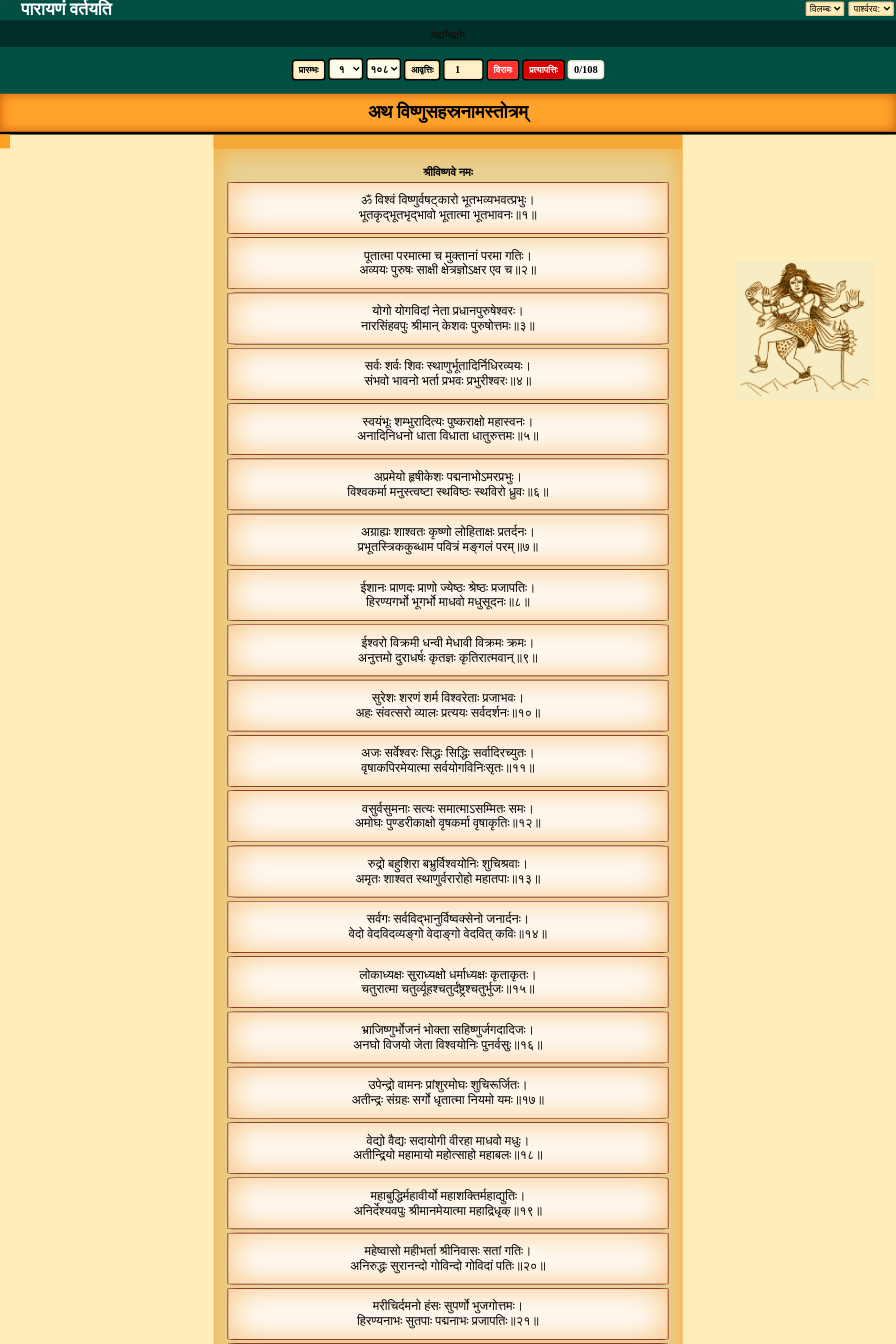
Repository: arshavak/vishnu-sahasranam
Page: index.html
An editor plug-in stored every save of this project. The page is shown before and after the next save, followed by the edit.
The browser window is 1280 px wide. The pictures show the part of the page from y = 0 to 1920 px (the page is 8849 px tall before and 8831 px after), at 70% of full size.

Above is the page before, as saved 2024-12-30 13:38:01.
Not found: scripts/sanskrittime.js

### index.html
<!DOCTYPE html>
<html>
<head>
<meta charset="UTF-8">
  <link rel="icon" type="image/png" href="style/backgrounds/23.png">
<title>विष्णुसहस्रनामस्तोत्रम्</title>
<meta name="viewport" content="width=device-width, initial-scale=1.0">
<link rel="stylesheet" type="text/css" href="style/style.css"/>
<!-- <link rel="stylesheet" type="text/css" href="style/themes.css"/> -->
</head>
<body class="body">
  <div class="player">
    <div class="Time">
      <span class="main-header">पारायणं वर्तयति</span>
      <div class="clock">
        <span id="ghanta" class="time-span"></span>
        <span id="minat" class="time-span"></span>
      </div>

      <select id="number" class="bgsound setting"></select>
      <select class="timeOut setting">
        <option value="">विलम्बः</option>
        <option value="2">2s</option>
        <option value="3">3s</option>
        <option value="5">5s</option>
        <option value="10">10s</option>
      </select>
  </div>
    <div class="topnavbar">
      hgjhgjh
    </div>
      <input name="play_button" class="psuGrup play" type="button" value="प्रारम्भः"/>
      <select  id="selector1" class="From selector FromAndTo"></select>
      <select  id="selector2" class="To selector FromAndTo"></select>
      <input name="toggle_btn" type="checkbox" id="check"/>
      <input id="loop" class="loop" type="button" value="आवृत्तिः"/>
      <input id="repeat" value="1" max="99" min="1" type="number"/>
      <input style="display: none;" id="speed" value=".9" max="4" min=".5" step="0.1" type="number"/>
      <input name="stop_button" class="psuGrup stop" type="button" value="विरामः"/>
      <input class="reset psuGrup" type="button" value="प्रत्यापत्तिः"/>
      <input id="suchna" type="button" class="psuGrup suchna"/>
      <div class="heading">अथ विष्णुसहस्रनामस्तोत्रम्</div>
      <div class="progress-container">
        <div class="progress-bar" id="myBar"></div>
      </div>
    </div>
      <div id="imageRight">
        <image class="image" src="style/backgrounds/0.png" width="200px" height="200px"></image>
      </div>
      <!-- <div id="imageLeft">
        <image class="image" src="style/backgrounds/0.png" width="200px" height="200px"></image>
      </div> -->
      <div class="timeStamp"></div>
      <div class="container"></div>
    <script type="text/javascript" src="scripts/visnusahastranamScript.js"></script>
    <script type="text/javascript" src="scripts/MainScript.js"></script>
    <script type="text/javascript" src="scripts/sanskrittime.js"></script>
  </body>

</html>

### style/style.css
/* Styles for the player container */
*{
margin:0px;
padding: 0px;
text-align: center;
/*background-color: #f8ecc2;*/
font-family:gargi;
}
html{
  scroll-behavior: smooth;
}
::-webkit-scrollbar{
  display: none;
}
body {
  /* background-image: url("backgrounds/jharna.jpg");
  background-repeat:no-repeat;
  background-size:cover;
  background-attachment:fixed; */
  scrollbar-width: none;
  -ms-overflow-style: none;
/* background-color: #e8d295; */
  background-color:#ffeeba
  ;
  /* border: 4px solid #000; */
}

/* #myVideo {
  position: fixed;
  right: 0;
  bottom: 0;
  min-width: 100%;
  min-height: 100%;
  z-index: 1;
} */

.heading{
  padding-bottom: 12px;
  padding-top: 12px;
  margin-top: 15px;
  background-color:#ffa32b;
  /* background-image: url("backgrounds/R.jpg");*/
  /* background-repeat:no-repeat;
  background-size:cover;
  background-attachment: fixed; */
  color: rgb(0, 0, 0);
  /* width: 100%; */
  position: relative;
  /* top:500; */
  font-weight: 800;
  /* text-shadow: 2px 2px 5px rgb(255, 170, 0); */
   font-size:26px;
   box-shadow: inset 0px 0px 15px #cb5805;

}

.progress-container {
  width: 100%;
  height: 4px;
  background: #000000;
}

.progress-bar {
  height: 4px;
  background: #ffa32b;
  width: 0%;
}

.topnavbar{
  position: relative;
  padding: 10px 10px 10px 10px;
  margin-bottom: 15px;
  background-color:#002f29;
 text-align: center;
 box-shadow: inset 0px 0px 0px #0a0a0a;
 /* height: 30px; */
 /* overflow: scroll; */
}

.Time{
    /* background-image: url("backgrounds/jharna.jpg"); */
    background-repeat:no-repeat;
    background-size:cover;
    background-attachment: fixed;
 /* margin-top: 5px; */
 padding: 0px;
 /* background-color: #d47500;
 box-shadow: inset 0px 0px 5px  #cb5805; */
 color: rgb(0, 0, 0);
 text-align: left;
  }


  .clock{
    padding: 1px 5px 1px 5px;
    position: fixed;
    left: 0px;
    background-color: #ffffff;
  color: rgb(0, 0, 0);
  box-shadow: inset 0px 0px 35px #ff9100;
  cursor: not-allowed;
  text-align: center;
  }

.time-span{
  cursor: not-allowed;
  padding: 1px 1px 1px 1px;

}


  .main-header{
    padding: 5px 5px 5px 5px;
    font-size: 25px;
    /* text-shadow: -3px 5px 5px rgb(55, 184, 164); */
    font-weight:800;
    color: #ffffff;
    margin-left: 20px;
    padding: 10px;
  }



.setting{
  margin: 3px;
  float: right;
  border-radius: 8%;
  cursor: pointer;
  margin-top: 2px;
  display: block;
  background-color: #ffeeb8;
  border: 2px solid #edc696;
}

.timeStamp{
display: none;
background-color:#f8ecc2;
color :rgb(0, 0, 0);
position :fixed;
right :0px;
font-size :16px;
font-weight :900;
padding :4px 14px 4px 14px;
box-shadow: inset 0px 0px 15px #ff8e03;
border-radius: 5%;
  }

  .disabled-link{
  position: relative;
  text-decoration: none;
  text-transform: unset;
  font-size: 14px;
  background-color: #dac683;
  color: #000000;
  padding: 5px 10px 5px 10px;
  border-radius: 5%;
  font-weight: 600;
  border: .8px solid #efc899;
  margin-right: 5px;
}

.disabled-link:hover{
  background-color: #fff9a7;
  text-decoration: underline;
}

.player {
  display: block;
  position: fixed;
  top: 0px;
  align-items: center;
  /* background-image: url("backgrounds/astaSuraj.jpg");
  background-repeat:repeat;
  background-size:cover;
  background-attachment: fixed; */
  background-color:rgb(1 78 67);
  width: 99.99%;
  text-align:center;
  color: rgb(29, 1, 1);
  padding-top:0px;
  padding-bottom: 0px;
  box-shadow: inset 0px 0px 1px #ff8e03;

  /* border-bottom: 5px solid #893c01; */
  z-index: 1;
}

/* .bottons{
  background-color:#ff8808;
  display: inline-block;
  box-shadow: inset 0px 0px 25px #ff8e03;
} */

.suchna:active{
  background-color: none !important;
}


#suchna{
cursor:not-allowed;
color: rgb(0, 0, 0);
background-color: #fff;
font-size: 15px;
padding: 4px 8px 4px 8px;
border: 1px solid #ffe;
font-weight: 900;
}

#check{
  display: none;
}

.reset{
  background-color: rgb(218, 0, 0) !important;
  color: #ffffff !important;
}
.stop{
  background-color: rgb(255, 48, 48) !important;
  color: #ffffff !important;
}

/*Styles for the buttons*/
input[type="button"],input[type="number"]{
  padding: 5px 8px 5px 8px;
  margin: 1px 0px 4px 0;
  border: 2px solid #000;
  border-radius: 5px;
  background-color: #fff0ca;
  color: rgb(0, 0, 0);
  font-size: 13px;
  cursor: pointer;
  font-weight: 800;
  flex-direction: row;
  box-shadow: inset 0px 0px 2px #ff9100;
  outline: none;
}

input[type="number"]{
  padding: 5px 2px 5px 0px;
  margin: 1px 0px 4px 0px;
  border: 2px solid #000;
  border-radius: 5px;
  background-color: #fff0ca;
  color: rgb(0, 0, 0);
  font-size: 15px;
  cursor: pointer;
  font-weight: 800;
  flex-direction: row;
  box-shadow: inset 0px 0px 2px #ff9100;
  outline: none;
}

input[type="button"]:hover{
  background-color: #14ff76;
  color: #0b0b0b;
}


.selector{
  text-align:center;
  outline:none;
  /*background-color: rgb(98, 255, 101);*/
  border-radius: 5px;
  height: 31px;
  border: 2px solid #000;
  border-radius: 5px;
  background-color:#ffe;
  color: #000;
  font-size: 15px;
  cursor: pointer;
  font-weight: 800;
  flex-direction: row;
  /* padding: 3px 3px; */
  margin: 1px 0px 4px 0;
  box-shadow: inset 0px 0px 2px #ff9100;

}

/* Styles for the keys container */
.container {
position: relative;
/* z-index: -1; */
 /* display: inline-block;  */
word-wrap: break-word;
/* margin-top: 180px; */
font-size:16px ;
text-align:center;
padding: 25px 15px 40px 15px;
background-color: #e8d295;
width: 75%;
margin-left:auto;
margin-right:auto;
border-top: 20px solid #ff9100a1;
border-bottom: 20px solid #ff9100a1;
border-bottom-style: inset 0px 0px 40px #ff9100a1;;
border-top-style: inset 0px 0px 40px #ff9100a1;;
box-shadow: inset 0px 0px 40px #ff9100a1;
margin-top:0px;

}

label{
  font-size: 15px;
}
/* Styles for the key divs */
.key {
  /* display:inline-block; */
  /* flex-direction: column; */
  /* text-align: right; */
  /* width: 90%; */
  margin: 5px;
  border: .2px ridge #730000;
  border-radius: 2%;
  /* cursor: pointer; */
  transition: all 0.2s ease-in-out;
  font-size:18px;
  font-weight: 300;
  padding: 15px 5px 15px 5px;
  background-color: #ffffff;
  box-shadow: inset 0px 0px 50px #f7c077;

}

.key.active {
  border: 2px solid #c16b02;
  /* display:inline-block; */
  top: 200px;
  /* font-weight: 600; */
  /* text-shadow: 1px 1px 4px rgb(255, 249, 70); */
  background-color: rgb(253, 253, 197);
  box-shadow: inset 6px 0px 5px  #ff9100 ;
  animation: blink .8s infinite;
  /* font-size: 25px; */
}

@keyframes blink {
  50%{
    border: 2px solid #f2d56b;
    /* border-radius: 15%; */
    /* background-color: #fceba5; */
     box-shadow: inset 0px 0px 0px #ff9100;
  }
}

@keyframes indexblink {
  50%{
    /* border: 1px solid #000000; */
    /* border-radius: 15%; */
     background-color: #00e043;
     box-shadow: inset 0px 0px 0px #ff9100;
  }
}


.rbtn.for-repeat {
  background-color: rgb(40, 252, 29);
  color:rgb(0, 0, 0);
}

/* Styles for the audio elements */
audio {
  display: none !important;
}
#imageRight {
  z-index: -1;
  position: fixed;
  bottom:20%;
  right:30px;

}

#imageLeft {
  z-index: -1;
  position: fixed;
  bottom:20%;
  left:30px;
}

.title{
  margin-left: 10px;
  float: left;
}

@media screen and (max-width: 867px) {
  /* .container {top:50px;} */
   #imageRight,#imageLeft{
    display:none;
  }
}

@media screen and (max-width: 1200px) {
  /* .container {top:80px;} */
   #imageRight,#imageLeft{
    display:none;
  }

  .clock{
    display: none;
  }
}

@media screen and (max-width: 500px) {

  .setting{
    display: none;
  }

  .main-header{
    padding: 5px 5px 5px 5px;
    font-size: 25px;
    /* text-shadow: -3px 5px 5px rgb(55, 184, 164); */
    font-weight:800;
    color: #ffffff;

  }
}


@media screen and (min-width: 100px) {
  .container {
    width: 95%;
  }

}

@media screen and (min-width: 1200px) {
  .container {
    width: 50%;
  }
}

.disabled{
  cursor:not-allowed;
}

.disabled:hover{
  text-decoration: none;
  background-color: none;
}

/* .image{
  animation: lip .5s infinite
}
@keyframes lip {
  50%{
    width: 190px;
    height: 190px;

  }
} */

/*  */

/* a.index{
  font-size: 10px;
  line-height: 0px;
  padding: 0px 15px 0px 15px;
  margin-right: 10px;
  font-weight: 600;
  border-radius: 10px;
  cursor: pointer;
  text-decoration: none;
  color: rgb(0, 0, 0);
}

a.index:hover{
  text-decoration: none;
  color: #ff2121;
} */

/* .indeX{
  background-color: wheat !important;
  font-size: 16px;
  cursor: pointer;
  margin-right: 5px;
}

.indeX:hover{
  text-decoration: none;
} */
/* .cot{
  display: none;
}
 */

### scripts/MainScript.js
const topnavbar = document.querySelector(".topnavbar");
function createLinks() {
  // Create an array of objects with URL and link text
  const links = [

    { url: 'YogSutrani.php', text: 'योगसूत्राणि' },
    { url: 'VisnuSahastranam.php', text: 'विष्णुसहस्रम्' },
    { url: 'SankhyaKarika.php', text: 'साङ्ख्यकारिका' },
    { url: 'Ast_1_1.php', text: 'अष्टाध्यायी(१.१)' }
  ];
  // Loop through the array and create links
  for (let i = 0; i < links.length; i++) {
    const link = document.createElement('a');
    link.setAttribute('target', '_blank');
    link.setAttribute('class', 'disabled-link');
    link.href = links[i].url;
    link.textContent = links[i].text;
    topnavbar.appendChild(link); // Append link to the topnavbar
  }
}
// Call the function to create links
// createLinks();

//current page link disaable function
const currentUrl = window.location.href;
const disabledLinks = document.querySelectorAll(".disabled-link");

// var links =[];
//   var currWin = window;
//   for(var i =0; i<currWin.document.links.length; i++){
//     links.push(currWin.document.links[i].href);
//   }

disabledLinks.forEach(link => {
if(link.href === currentUrl){
  link.addEventListener("click", e => {
    e.preventDefault();
  });
  link.classList.add("disabled");
 }
});


// function for repeating selection
var repeats = "";
var inp = document.getElementById("repeat");
inp.addEventListener("input", ()=>{
  repeats=inp.value;
});




// const Allrepeatbtns = document.querySelectorAll(".rbtn");
// let activeBtn = null;
// Allrepeatbtns.forEach((ript)=> {
//   ript.addEventListener("click", () => {
//     if (activeBtn && activeBtn !== ript) {
//       activeBtn.classList.remove("for-repeat");
//     }
//     else if (activeBtn === ript) {
//       ript.classList.remove("for-repeat");
//       activeBtn = null;
//       repeats = 0;
//       return;
//     }
//     // repeats = ript.value.charAt(0);
//     repeats = document.getElementById("repeat").value;
//     ript.classList.add("for-repeat");
//     activeBtn = ript;
//   })
// });
// Add click event listeners to the play and stop buttons
const stopButton = document.querySelector('[name="stop_button"]');
const playButton = document.querySelector('[name="play_button"]');
const checkBox = document.querySelector('#check');
const timeOutSecind = document.querySelector(".timeOut");
var speed = document.querySelector("#speed");
let audio;
let audioDuration;
//  let num = 0;
playButton.addEventListener('click', () => {
  //  if(num===0){
  //    num = 1;
  //   playButton.value = "pause";
  let startIndex = selector1.value - 1;
  let lastIndex = selector2.value;
   const playNextKey = () => {
    if(audio){
      audio.pause();
      audio.currentTime = 0;
       keys.forEach(key => {
      key.classList.remove('active');
      });
    }
    if (startIndex < lastIndex) {
      const key = keys[startIndex];
      audio = key.querySelector('audio');
      let playCount = 0;
      const playOnce = () => {
        if (playCount < (Number(repeats))-1) {
        //    if(playCount!==1) {
        //      audio.volume = .1;
        //      audio.playbackRate = 1.5;
        //  }
          setTimeout(() => {
          audioDuration = audio.duration;
          audio.playbackRate = speed.value;
          audio.play();
          playCount++;
          }, timeOutSecind.value*1000);
        } else {
          audio.removeEventListener('ended', playOnce);
          setTimeout(() => {
            key.classList.remove('active');
            playNextKey();
          }, timeOutSecind.value*1000);
        }
      };
      audioDuration = audio.duration;
      audio.currentTime = 0;
      audio.playbackRate = speed.value;
      audio.play();
      audio.addEventListener('ended', playOnce );
      audio.addEventListener('play', scrollActiveDiv );
      audio.addEventListener("play", playButtonStyleAdd);
      audio.addEventListener('ended', playButtonStyleRemove);
      audio.addEventListener("play", indexUpdate);
      audio.addEventListener("ended", timerOutput)
      key.classList.add('active');
      startIndex++;
      // audio.removeEventListener("ended", timerOutput);

      // chacking the Loopbutton is chacked or not checked
        if(checkBox.checked && startIndex == lastIndex){
          // alert("Please");
          startIndex = selector1.value - 1;
      }
    }
  };

  playNextKey();
// }else{
//   playButton.value = "play";
//   audio.pause();
//   num = 0;
// }
});


// Add click event listeners to the stop button
stopButton.addEventListener('click', () => {
  // playButton.value = "play";
   window.scrollTo(0, 0);
  // hideSpeackerSymbol();
  playButton.style.backgroundColor = "";
  playButton.style.color = "";
  keys.forEach(key => {
    const audio = key.querySelector('audio');
    audio.pause();
    audio.currentTime = 0;
    key.classList.remove('active');
  });
  bgsound.pause();
});

// Reset the current audio element
window.scrollTo({top:0, behavior: 'smooth'});
const reset = document.querySelector(".reset");
reset.addEventListener('click', () => {
// window.scrollTo({top:0, behavior: 'smooth'});
// setTimeout(() => {
location.reload();
// },1000);
});


  //buttons for loop
  const loopbtn = document.querySelector(".loop");
  const checkbox = document.querySelector("#check");
  loopbtn.addEventListener("click",  ()=> {
  checkbox.checked = !checkBox.checked;
  if(checkBox.checked){
    loopbtn.style.backgroundColor = "rgb(40, 252, 29)";
    loopbtn.style.color = "#000";
    // document.querySelector(".From").disabled = false;
    // document.querySelector(".To").disabled = false;

  }else{
    loopbtn.style.backgroundColor = "";
    loopbtn.style.color = "";
    // document.querySelector(".From").disabled = true;
    // document.querySelector(".To").disabled = true;

  }
  });

//background sounds 1111111111111111111
  const selector = document.querySelector('#number');
  for(var i=0; i<50; i++) {
    var option = document.createElement('option');
    option.text = "ध्वनिः "+ (i);
    option.value = i;
    selector.appendChild(option);
  }

  const firstOption = selector.querySelector("option:first-child");
  firstOption.textContent = "पार्श्वरव:"

  //background sounds 222222222222222222
let soundNumber = document.querySelector("#number");
soundNumber.style.outline = "none";
let bgsound;
selector.addEventListener("change", function backgroundMusic(){
  if (bgsound) {bgsound.pause();}
  bgsound = new Audio(`prishthbhumi-dhvani/dhvani (${soundNumber.value}).mp3`);
  bgsound.loop = true;
  bgsound.volume = 0.5;
  bgsound.play();
});

//scrolling to top of screen
function scrollActiveDiv() {
  const activeDiv = document.querySelector('.active');
  if (activeDiv) {
    const activeDivPosition = activeDiv.offsetTop;
    window.scrollTo({
      top: activeDivPosition - 150,
      behavior: 'smooth'
    });
  }
}


// function for indexUpdate
const indexUpdating = document.querySelector("#suchna");
indexUpdating.value = "0" + "/" + divLen;
function indexUpdate(){
const suchna = document.querySelector("#suchna");
let activeIndex = 1;
for (let i = 1; i < divLen; i++){
  if(keys[i].classList.contains("active")){
    activeIndex = i+1;
    break;
  }
}
suchna.value = activeIndex +"/"+ divLen;
}



//function for Timer
const timeStamp = document.querySelector(".timeStamp");
function timerOutput(){
  let count = timeOutSecind.value;
  let timer = setInterval(function(){
    timeStamp.style.display = "block";

    count--;
    if(count < 10){
      timeStamp.innerHTML = "प्रतीक्षस्व"+ " " + "00" + ":0" + count;
    }else{
      timeStamp.innerHTML = "प्रतीक्षस्व"+ " " + "00" + ":" + count;
    }
     if(count<=0){
      clearInterval(timer);
      timeStamp.style.display = "none";

    }
  },1000);
  document.body.appendChild(timeStamp);
}


// play Button Style
function playButtonStyleAdd(){
  playButton.style.backgroundColor = "rgb(40, 252, 29)";
  playButton.style.color = "#000";
  }
  function playButtonStyleRemove(){
   playButton.style.backgroundColor = "";
   playButton.style.color = "";
   }


//function for index blinking
let n = 0;
function blinking() {
// const play_button = document.querySelector('[name="play_button]')
if(n==0 && playButton.style.backgroundColor === "rgb(40, 252, 29)"){
indexUpdating.style.animation = "indexblink 1s infinite";
n = 1;
}else{
  indexUpdating.style.animation = "";
n = 0;
}
}
setInterval(blinking,2000);

// setTimeout(windowUpdate,2000);
// window risize for time div
const clock = document.querySelector(".clock");
window.addEventListener("resize",windowUpdate);
window.addEventListener("load",windowUpdate);
function windowUpdate(){
const player = document.querySelector(".player");
const playerHeight = player.offsetHeight;
 timeStamp.style.top = playerHeight + "px";
 container.style.top =   playerHeight + "px";
 clock.style.top =   playerHeight + "px";
}



// When the user scrolls the page, execute myFunction
window.onscroll = function() {myFunction()};
function myFunction() {
  var winScroll = document.body.scrollTop || document.documentElement.scrollTop;
  var height = document.documentElement.scrollHeight - document.documentElement.clientHeight;
  var scrolled = (winScroll / height) * 100;
  document.getElementById("myBar").style.width = scrolled + "%";
}



// const digitsMap = {
//   // देवनागरी लिपि के वर्णक्रम को बांग्ला लिपि के वर्णक्रम में बदलें।
//     'अ': 'অ',
//     'आ': 'আ',
//     'इ': 'ই',
//     'ई': 'ঈ',
//     'उ': 'উ',
//     'ऊ': 'ঊ',
//     'ए': 'এ',
//     'ऐ': 'ঐ',
//     'ओ': 'ও',
//     'औ': 'ঔ',
//     'क': 'ক',
//     'ख': 'খ',
//     'ग': 'গ',
//     'घ': 'ঘ',
//     'ङ': 'ঙ',
//     'च': 'চ',
//     'छ': 'ছ',
//     'ज': 'জ',
//     'झ': 'ঝ',
//     'ञ': 'ঞ',
//     'ट': 'ট',
//     'ठ': 'ঠ',
//     'ड': 'ড',
//     'ढ': 'ঢ',
//     'ण': 'ণ',
//     'त': 'ত',
//     'थ': 'থ',
//     'द': 'দ',
//     'ध': 'ধ',
//     'न': 'ন',
//     'प': 'প',
//     'फ': 'ফ',
//     'ब': 'ব',
//     'भ': 'ভ',
//     'म': 'ম',
//     'य': 'য',
//     'र': 'র',
//     'ल': 'ল',
//     'व': 'ব',
//     'श': 'শ',
//     'ष': 'ষ',
//     'स': 'স',
//     'ह': 'হ',
//     'ा': 'া',
//     'ि': 'ি',
//     'ी': 'ী',
//     'ु': 'ু',
//     'ू': 'ূ',
//     'ृ': 'ৃ',
//     'े': 'ে',
//     'ै': 'ৈ',
//     'ो': 'ো',
//     'ौ': 'ৌ',
//     'ं': 'ং',
//     'ः': 'ঃ',
//     '।': '।',
//     '॥': '॥',

// };

// const elements = document.getElementsByTagName('*');

// for (let i = 0; i < elements.length; i++) {
//   const element = elements[i];

//   for (let j = 0; j < element.childNodes.length; j++) {
//     const node = element.childNodes[j];

//     if (node.nodeType === 3) {
//       const text = node.nodeValue;
//       const replacedText = text.replace(/[अआइईउऊऋएऐओऔकखगघङचछजझञ]/g, function(match) {
//         return digitsMap[match];
//       });

//       if (replacedText !== text) {
//         element.replaceChild(document.createTextNode(replacedText), node);
//       }
//     }
//   }
// }




// // सभी audio टैगों को प्राप्त करें
// const audios = document.querySelectorAll('audio');
// // सभी span टैगों को प्राप्त करें
// const spans = document.querySelectorAll('span.indeX');
// // सभी span टैग पर क्लिक करने के लिए एक लूप चलाएं
// spans.forEach((span) => {
//   // क्लिक करने पर संगीत बंद करें और अगला संगीत चलाएं
//   span.addEventListener('click', () => {
//     // सभी ऑडियो टैगों को बंद करें
//     audios.forEach((audio) => {
//       audio.pause();
//       audio.currentTime = 0;
//     });
//     // वर्तमान ऑडियो टैग को चलाएं
//     const audio = span.parentElement.querySelector('audio');
//     audio.play();

//     // सभी divs से active क्लास हटाएं
//     const divs = document.querySelectorAll('.key');
//     divs.forEach((div) => {
//       div.classList.remove('active');
//       audio.addEventListener("ended",  () => {
//         div.classList.remove('active');
//       });
//     });
//     // वर्तमान div को active क्लास दें
//     const currentDiv = audio.parentElement;
//     currentDiv.classList.add('active');
//   });
// });
//  setTimeout(()=>{

//   var text = document.body.innerHTML;
//   var regex1 = /॥(.*?)॥/g;
//   var result1 = text.replace(regex1,'॥<span class="cot">$1</span>');
//  document.body.innerHTML = result1;
//  },2000)

Loaded but not shown: scripts/visnusahastranamScript.js (library)

After the next save:
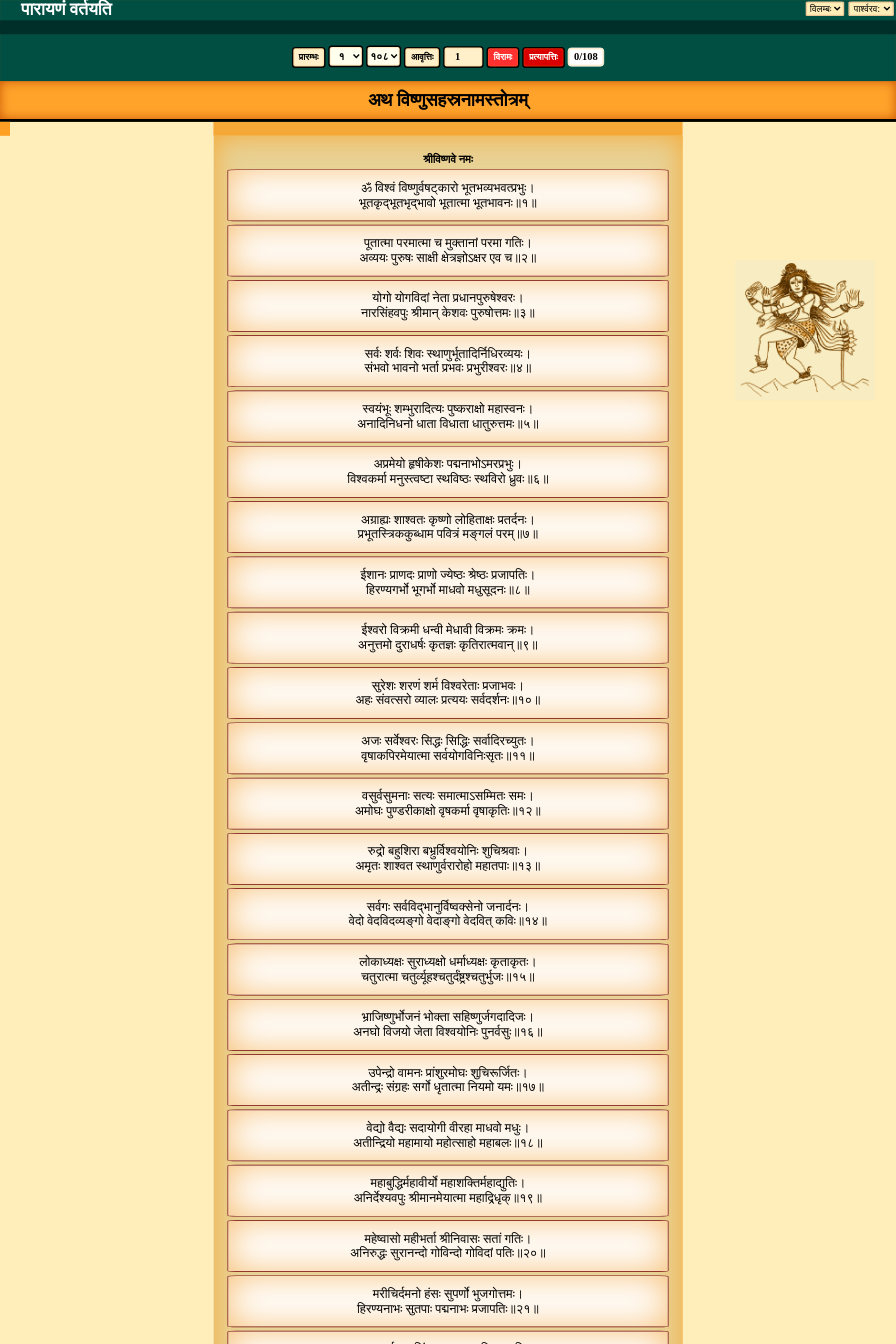
Saved 13 s later.
--- a/index.html
+++ b/index.html
@@ -27,7 +27,6 @@
       </select>
   </div>
     <div class="topnavbar">
-      hgjhgjh
     </div>
       <input name="play_button" class="psuGrup play" type="button" value="प्रारम्भः"/>
       <select  id="selector1" class="From selector FromAndTo"></select>
